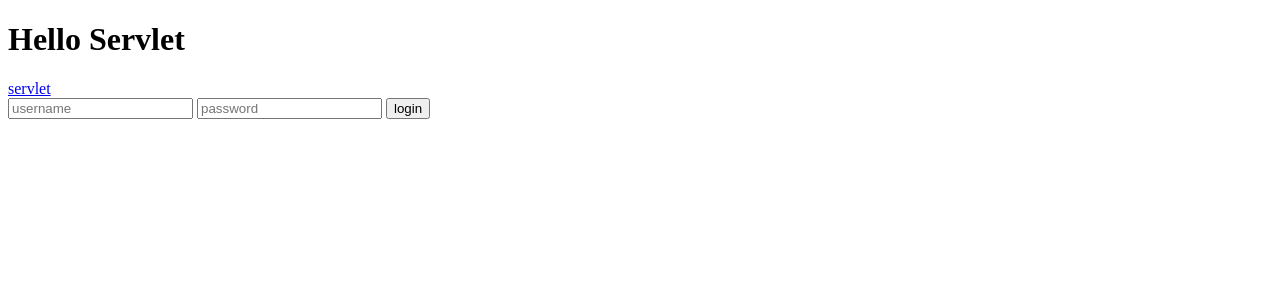
Repository: NguyenTienDat-GTR/WWW_24-25
Page: Tuan01/19473791_NguyenTienDat/src/main/webapp/index.html
These files come from the project's save history. The page is drawn as it stood at one moment and after the next save; the edit follows.
The browser window is 1280 px wide. The pictures show the whole page.

Above is the page before, as saved 2024-08-29 09:59:34.

After the next save:
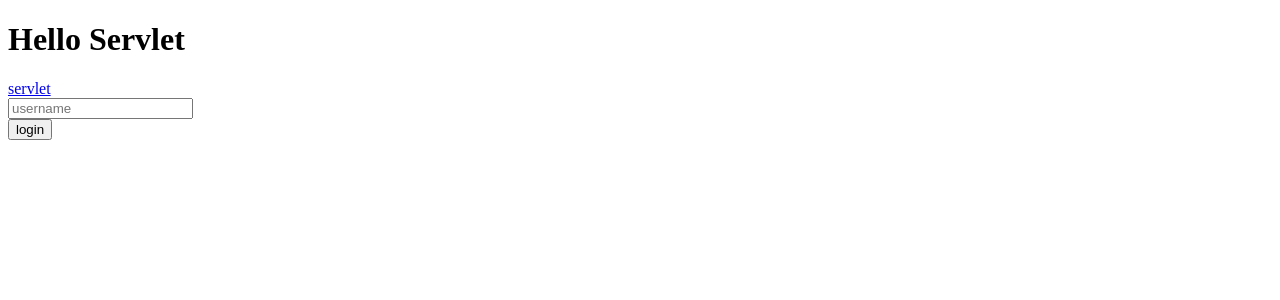
Saved 25 s later.
--- a/Tuan01/19473791_NguyenTienDat/src/main/webapp/index.html
+++ b/Tuan01/19473791_NguyenTienDat/src/main/webapp/index.html
@@ -9,8 +9,8 @@
 	<a href="hello">servlet</a>
 	<br>
 	<form action="/login" method="post">
-		<input type="text" name="username" placeholder="username">
-		<input type="password" name="password" placeholder="password">
+		<input type="text" name="username" placeholder="username"<br
+		<input type="password" name="password" placeholder="password"><br>
 		<input type="submit" value="login">
 	</form>
 </body>
